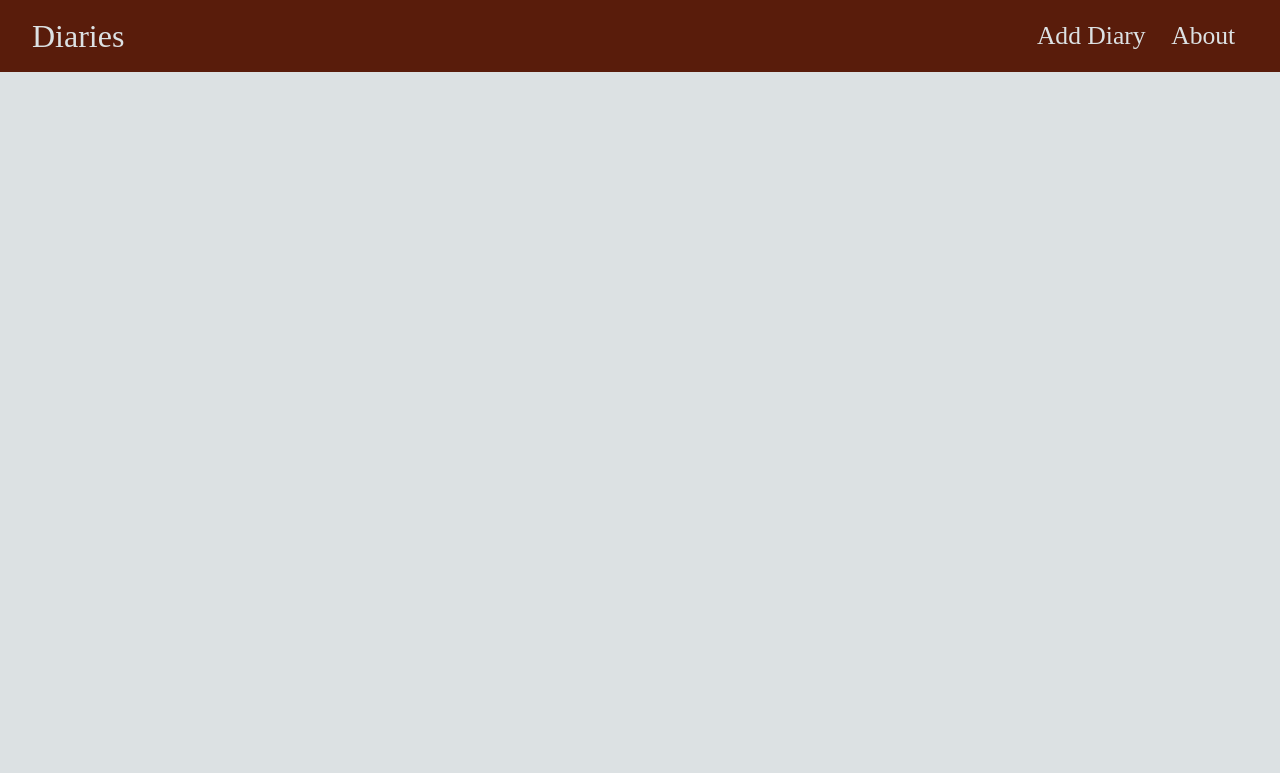
Repository: Tun-Dev/mydiary
Page: /AddDiary
An editor plug-in stored every save of this project. The page is shown before and after the next save, followed by the edit.
The browser window is 1280 px wide. The pictures show the whole page.
The project was rebuilt for these pictures with package versions that can differ from the ones it lists, and the page was loaded fresh each time. Also part of the build but not shown: src/useFetch.js, src/Components/Diary.js, src/Components/DiaryHome.js, src/Components/About.js.

Above is the page before, as saved 2021-05-12 13:58:06.

After the next save:
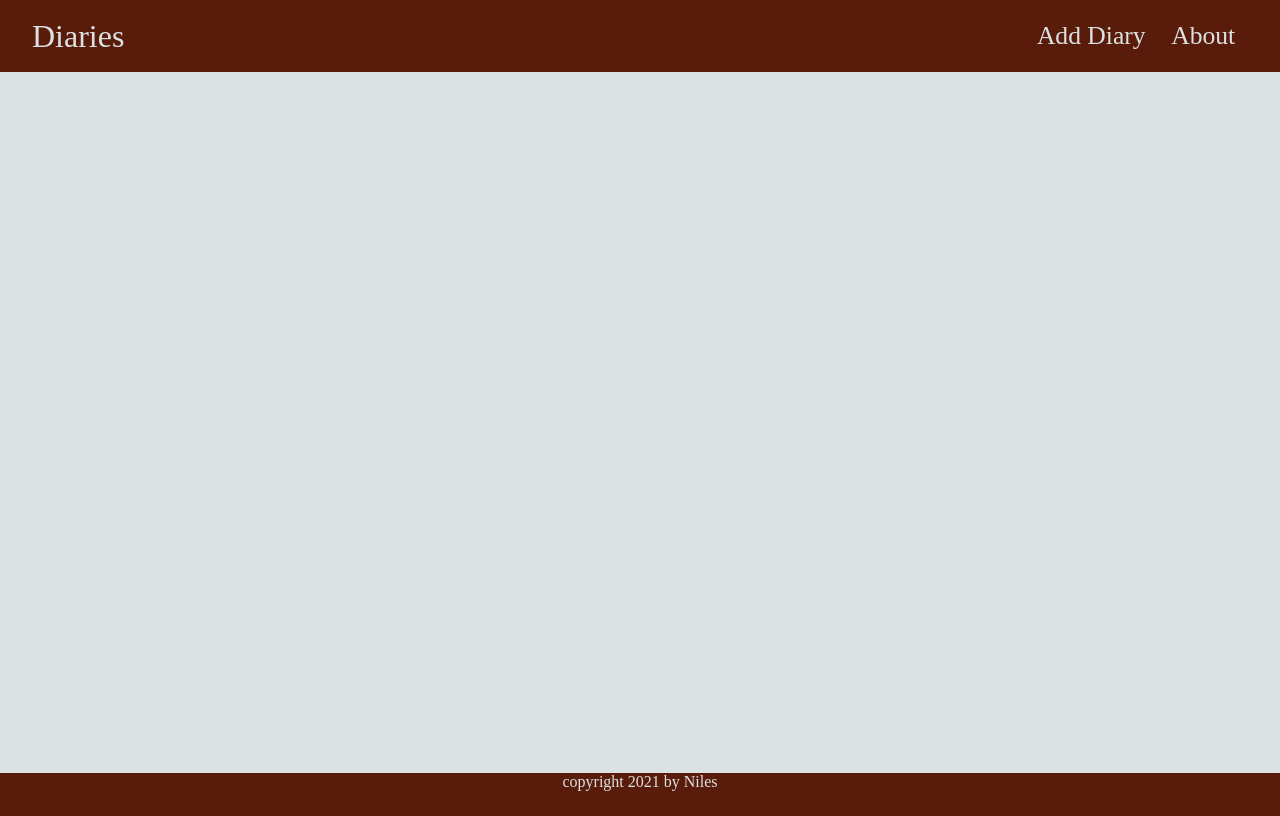
Saved 68 s later.
--- a/src/App.js
+++ b/src/App.js
@@ -3,7 +3,8 @@ import {Switch, Route} from 'react-router-dom';
 import GlobalStyle from './GlobalStyle';
 
 // import components
-import Nav from './Layout/Nav.js';
+import Nav from './Layout/Nav';
+import Footer from './Layout/Footer';
 import DiaryHome from './Components/DiaryHome'
 import About from './Components/About';
 
@@ -22,6 +23,7 @@ function App() {
     </Route>
     </Switch>
     </div>
+    <Footer />
     </div>
   );
 }
